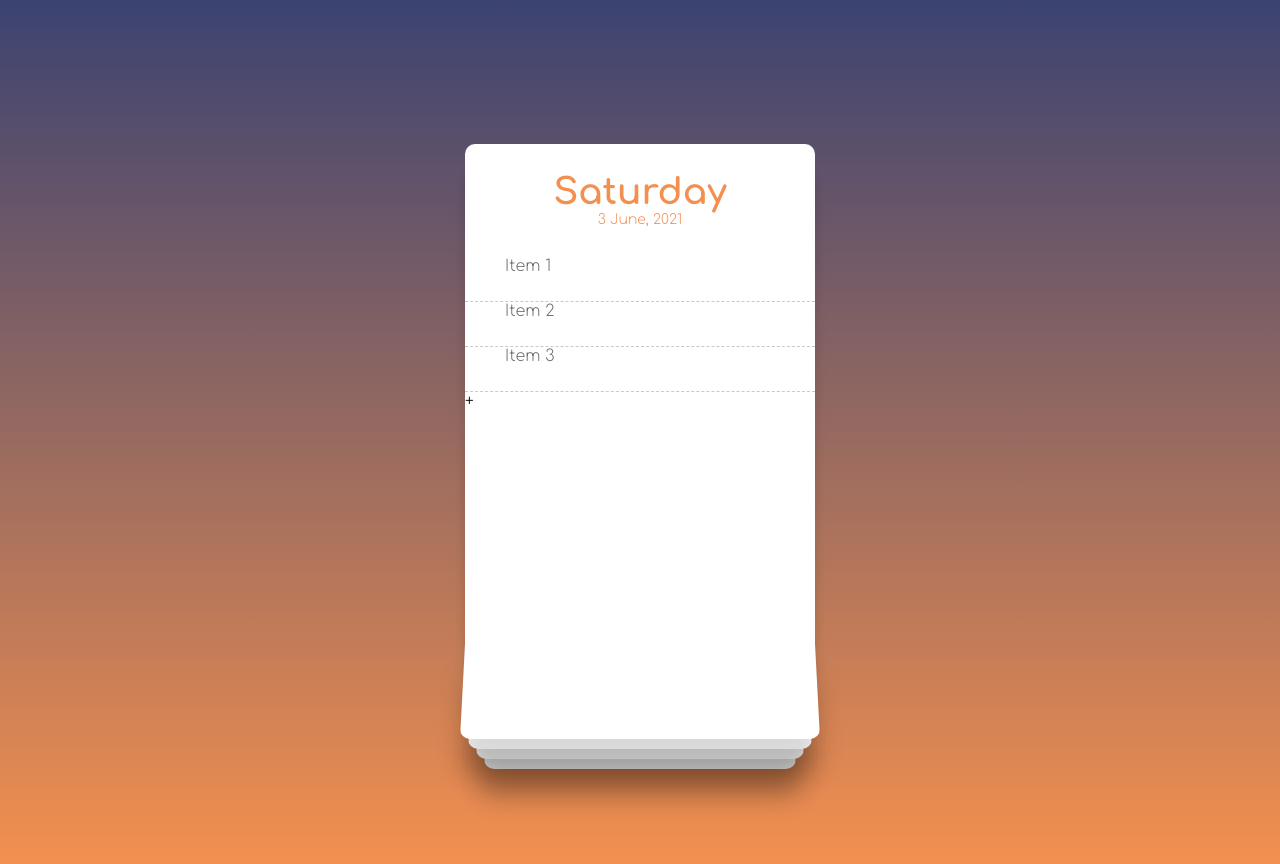
Repository: Colo-Codes/mini-projects
Page: todo-app/index.html
An editor plug-in stored every save of this project. The page is shown before and after the next save, followed by the edit.
The browser window is 1280 px wide. The pictures show the whole page.

Above is the page before, as saved 2021-07-04 12:04:43.

### todo-app/index.html
<!DOCTYPE html>
<html lang="en">
    <head>
        <meta charset="UTF-8" />
        <meta http-equiv="X-UA-Compatible" content="IE=edge" />
        <meta name="viewport" content="width=device-width, initial-scale=1.0" />
        <link rel="stylesheet" href="./css/index.css" />
        <title>Mini-Project - ToDo app</title>
    </head>
    <body>
        <div class="changing-background">
            <main class="todo">
                <section id="todo--header">
                    <header>Saturday</header>
                    <p>3 June, 2021</p>
                </section>
                <section id="todo--tasks-list">
                    <ul>
                        <li class="todo--tasks-list--item">Item 1</li>
                        <li class="todo--tasks-list--item">Item 2</li>
                        <li class="todo--tasks-list--item">Item 3</li>
                    </ul>
                </section>
                <section id="todo--footer">
                    <p>+</p>
                </section>
            </main>
            <div id="sheet-1-3d"></div>
            <div id="sheet-2-3d"></div>
            <div id="sheet-3-3d"></div>
            <div id="sheet-4-3d"></div>
        </div>
    </body>
</html>

### todo-app/css/index.css
@import url('https://fonts.googleapis.com/css2?family=Comfortaa:wght@300;700&display=swap');

/* SECTION Initial reset */

html {
    box-sizing: border-box;
    font-size: 16px;
}

*,
*:before,
*:after {
    box-sizing: inherit;
    margin: 0;
    padding: 0;
    /*outline: 1px dashed blue; /* Debugging purposes */
}

/* SECTION Background */

body {
    font-family: 'Comfortaa', cursive;
    background: #f3904f; /* fallback for old browsers */
    background: -webkit-linear-gradient(
        to bottom,
        #3b4371,
        #f3904f
    ); /* Chrome 10-25, Safari 5.1-6 */
    background: linear-gradient(
        to bottom,
        #3b4371,
        #f3904f
    ); /* W3C, IE 10+/ Edge, Firefox 16+, Chrome 26+, Opera 12+, Safari 7+ */
    background-repeat: no-repeat;
    background-size: cover;
    height: 100vh;
}

/* SECTION ToDo container */

.todo {
    margin: auto;
    margin-top: 20vh;
    width: 350px;
    height: 500px;
    background-color: white;
    border-radius: 10px 10px 0 0;
    box-shadow: 0px 30px 12px rgba(0, 0, 0, 0.15);
}

/* ToDo shapes and shadows */

div [id^='sheet-'] {
    margin: auto;
    border-radius: 0 0 10px 10px;
    -webkit-filter: drop-shadow(0px 30px 12px rgba(0, 0, 0, 0.15));
    filter: drop-shadow(0px 30px 12px rgba(0, 0, 0, 0.15));
    -ms-filter: "progid:DXImageTransform.Microsoft.Dropshadow(OffX=0, OffY=30, Color='#444')";
    filter: "progid:DXImageTransform.Microsoft.Dropshadow(OffX=0, OffY=30, Color='#444')";
    /* trapezoidal shape */
    border-bottom: 95px solid white;
    border-left: 5px solid transparent;
    border-right: 5px solid transparent;
}
#sheet-1-3d {
    width: 360px;
    height: 95px;
    margin: auto;
    border-radius: 0 0 10px 10px;
    position: relative;
    z-index: 1;
}
#sheet-2-3d {
    width: 344px;
    height: 95px;
    margin: auto;
    margin-top: -85px;
    border-radius: 0 0 10px 10px;
    position: relative;
    z-index: -1;
}
#sheet-3-3d {
    width: 328px;
    height: 95px;
    margin: auto;
    margin-top: -85px;
    border-radius: 0 0 10px 10px;
    position: relative;
    z-index: -2;
}
#sheet-4-3d {
    width: 312px;
    height: 95px;
    margin: auto;
    margin-top: -85px;
    border-radius: 0 0 10px 10px;
    position: relative;
    z-index: -3;
}

/* SECTION ToDo header */

#todo--header header {
    padding-top: 1.75rem;
    font-size: 2.25rem;
    font-weight: 700;
    text-align: center;
    color: #f3904f;
}

#todo--header p {
    font-size: 0.875rem;
    text-align: center;
    color: #f3904f;
}

/* SECTION ToDo list of tasks */

#todo--tasks-list {
    margin-top: 1.875rem;
}

.todo--tasks-list--item {
    font-size: 1rem;
    color: #6d6d6d;
    height: 45px;
    border-bottom: 1px dashed #c9c9c9;
    margin: auto 0;
    padding-left: 40px;
    list-style: none;
}

After the next save:
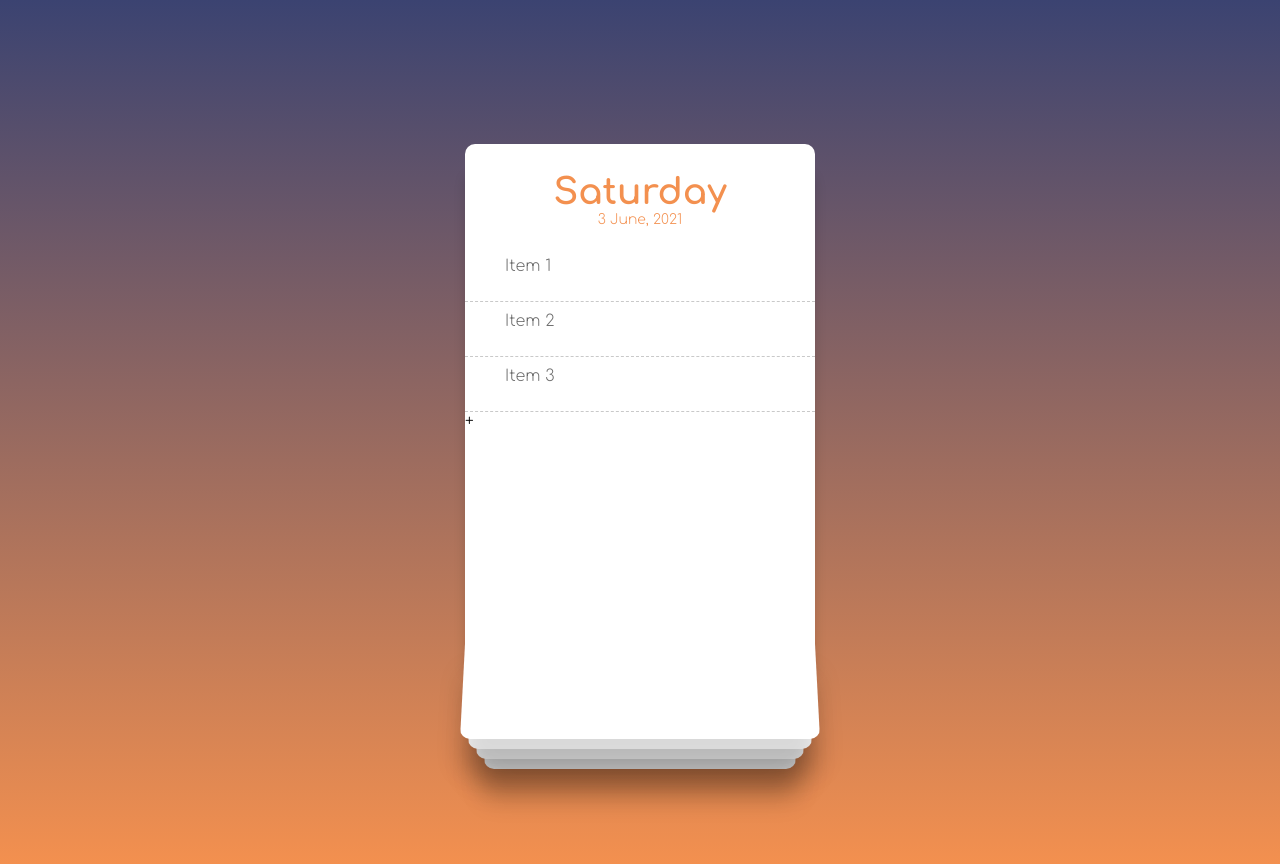
Saved 16 s later.
--- a/todo-app/css/index.css
+++ b/todo-app/css/index.css
@@ -128,4 +128,5 @@
     margin: auto 0;
     padding-left: 40px;
     list-style: none;
+    margin: 10px 0 0 0;
 }

After the save that followed:
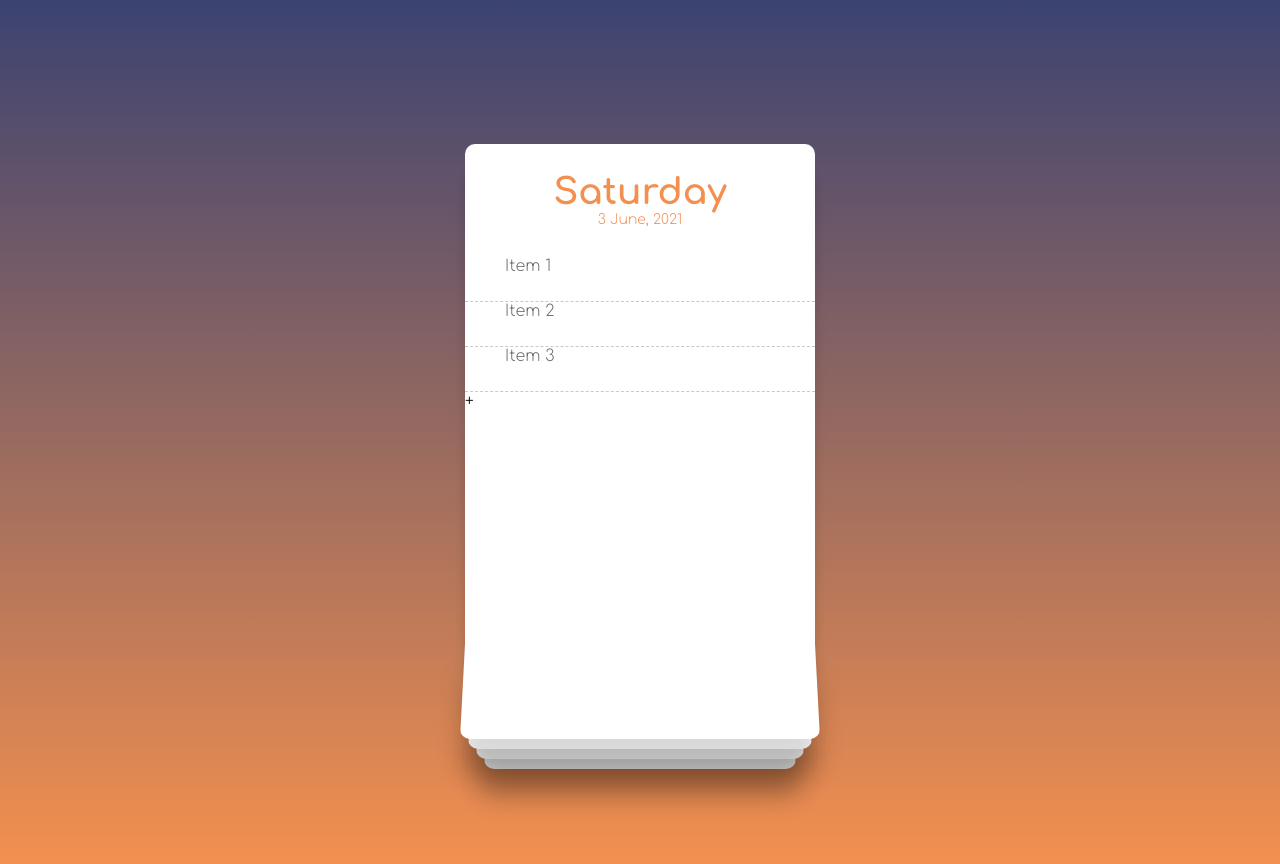
Saved 10 s later.
--- a/todo-app/css/index.css
+++ b/todo-app/css/index.css
@@ -128,5 +128,5 @@
     margin: auto 0;
     padding-left: 40px;
     list-style: none;
-    margin: 10px 0 0 0;
+    padding-top: 10px 0 0 0;
 }
